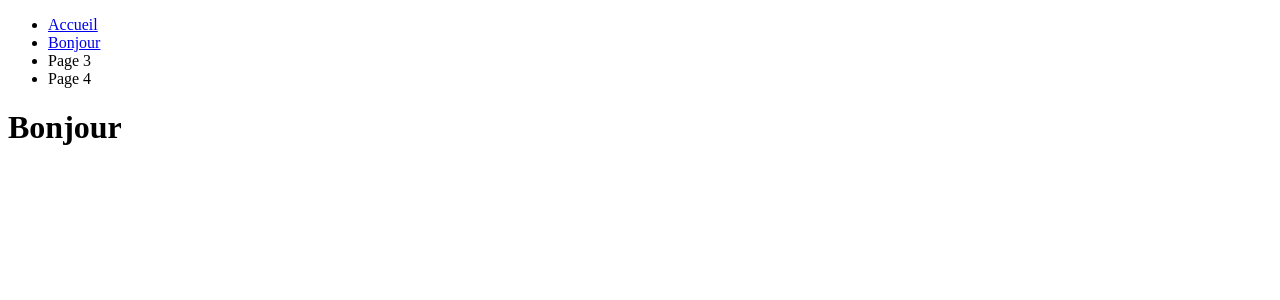
Repository: ibnadam2010/eclipse-workspace
Page: http://localhost/test/Test
These files come from the project's save history. The page is drawn as it stood at one moment and after the next save; the edit follows.
The browser window is 1280 px wide. The pictures show the whole page.
The page is served by Tomcat 9. Other server files are loaded and not shown.

Above is the page before, as saved 2020-11-26 19:03:30.

### test/WebContent/WEB-INF/bonjour.jsp
<%@ page language="java" contentType="text/html; charset=UTF-8"
    pageEncoding="UTF-8"%>
<!DOCTYPE html>
<html>
<head>
<meta charset="ISO-8859-1">
<title>Salut</title>
</head>
<body>
<%@ include file="menu.jsp" %>
<h1>Bonjour</h1>

<p>
${empty nom? '':nom }
 <c:forEach var="item" items="${fruits}">
         ${item}
 </c:forEach>
</p>
</body>
</html>

### test/WebContent/WEB-INF/menu.jsp
<ul>
<li><a href="/test/">Accueil</a></li>
<li><a href="/test/bonjour">Bonjour</a></li>
<li>Page 3</li>
<li>Page 4</li>
</ul>

### test/src/com/octest/servlets/Test.java
package com.octest.servlets;

import java.io.IOException;
import javax.servlet.ServletException;
import javax.servlet.annotation.WebServlet;
import javax.servlet.http.HttpServlet;
import javax.servlet.http.HttpServletRequest;
import javax.servlet.http.HttpServletResponse;


@WebServlet("/Test")
public class Test extends HttpServlet {
	private static final long serialVersionUID = 1L;


    public Test() {
        super();
        // TODO Auto-generated constructor stub
    }


	protected void doGet(HttpServletRequest request, HttpServletResponse response) throws ServletException, IOException {
		// TODO Auto-generated method stub
		String nom = request.getParameter("nom");
		String[] fruits = {"Ananas", "Mangue", "Orange","Guayave"};
		request.setAttribute("nom", nom);
		request.setAttribute("fruits", fruits);
		this.getServletContext().getRequestDispatcher("/WEB-INF/bonjour.jsp").forward(request, response);
	}


	protected void doPost(HttpServletRequest request, HttpServletResponse response) throws ServletException, IOException {
		// TODO Auto-generated method stub

	}

}

After the next save:
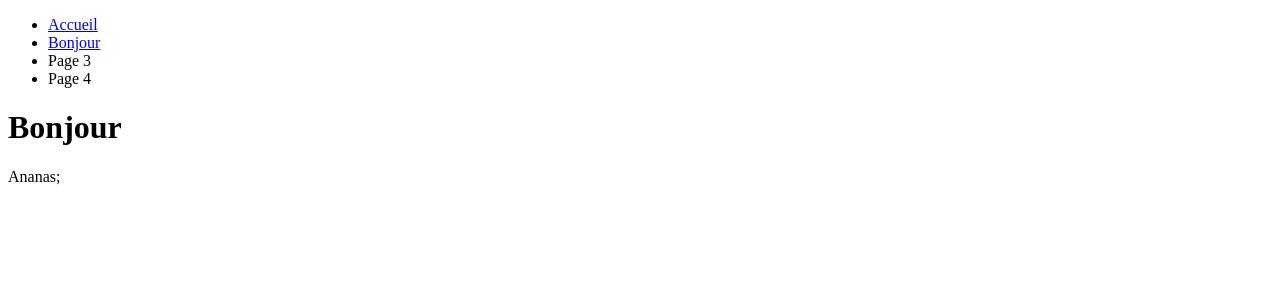
Saved 9 s later.
--- a/test/WebContent/WEB-INF/bonjour.jsp
+++ b/test/WebContent/WEB-INF/bonjour.jsp
@@ -12,9 +12,7 @@
 
 <p>
 ${empty nom? '':nom }
- <c:forEach var="item" items="${fruits}">
-         ${item}
- </c:forEach>
+${fruits[0] };
 </p>
 </body>
 </html>
